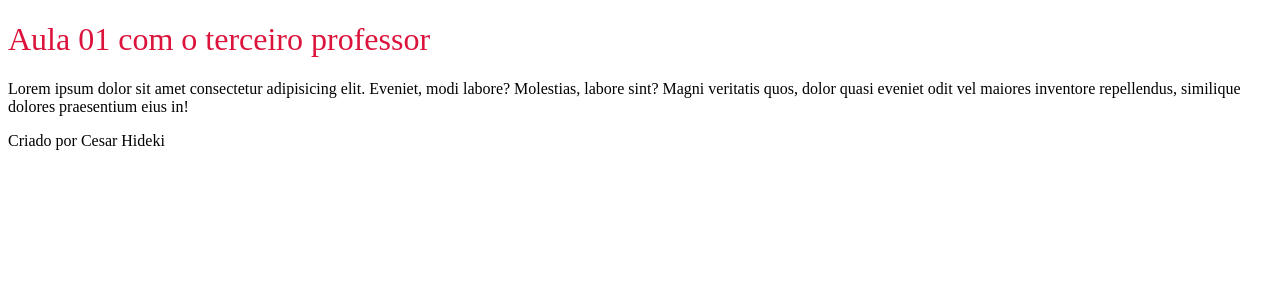
Repository: geracao-11/aula-01-pt2
Page: index.html
These files come from the project's save history. The page is drawn as it stood at one moment and after the next save; the edit follows.
The browser window is 1280 px wide. The pictures show the whole page.

Above is the page before, as saved 2025-04-09 10:14:22.

### index.html
<!DOCTYPE html>
<html lang="en">
<head>
    <meta charset="UTF-8">
    <meta name="viewport" content="width=device-width, initial-scale=1.0">
    <title>AULA 01</title>
    <link rel="stylesheet" href="style.css">
</head>
<body>
    <header>

    </header>
    <main>
        <h1>Aula 01 com o terceiro professor</h1>
        <p>Lorem ipsum dolor sit amet consectetur adipisicing elit. Eveniet, modi labore? Molestias, labore sint? Magni veritatis quos, dolor quasi eveniet odit vel maiores inventore repellendus, similique dolores praesentium eius in!</p>
    </main>
    <footer>
        Criado por Cesar Hideki
    </footer>
</body>
</html>

### style.css
h1 {
    font-size: 32px;
    font-weight: lighter;
    color: crimson;
}

After the next save:
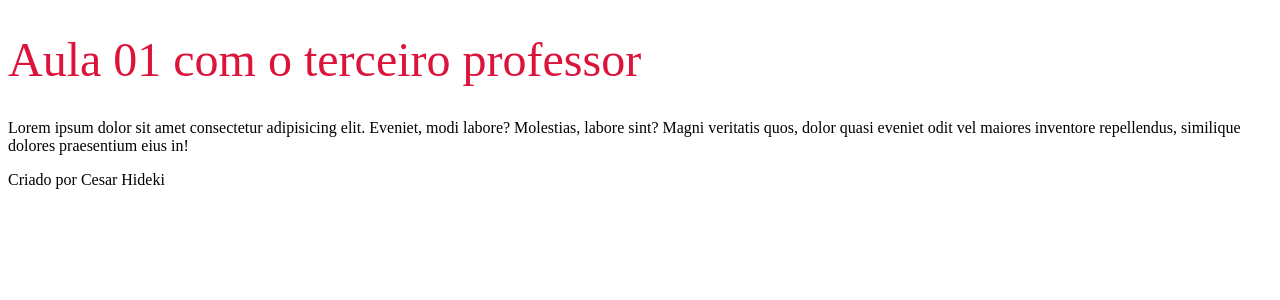
Saved 11 s later.
--- a/style.css
+++ b/style.css
@@ -1,5 +1,5 @@
 h1 {
-    font-size: 32px;
+    font-size: 48px;
     font-weight: lighter;
     color: crimson;
 }

After the 2 saves that followed:
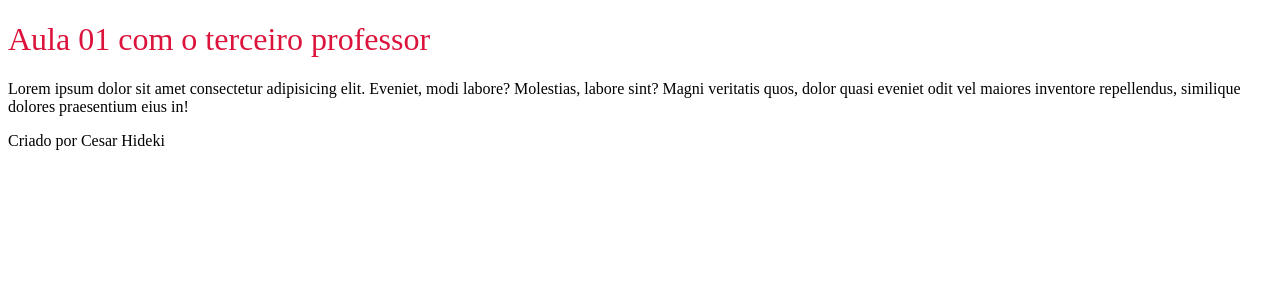
The 2 saves are shown as one change because they came seconds apart.
The last was saved 10 s later.
--- a/style.css
+++ b/style.css
@@ -1,5 +1,5 @@
 h1 {
-    font-size: 48px;
+    font-size:;
     font-weight: lighter;
     color: crimson;
 }
